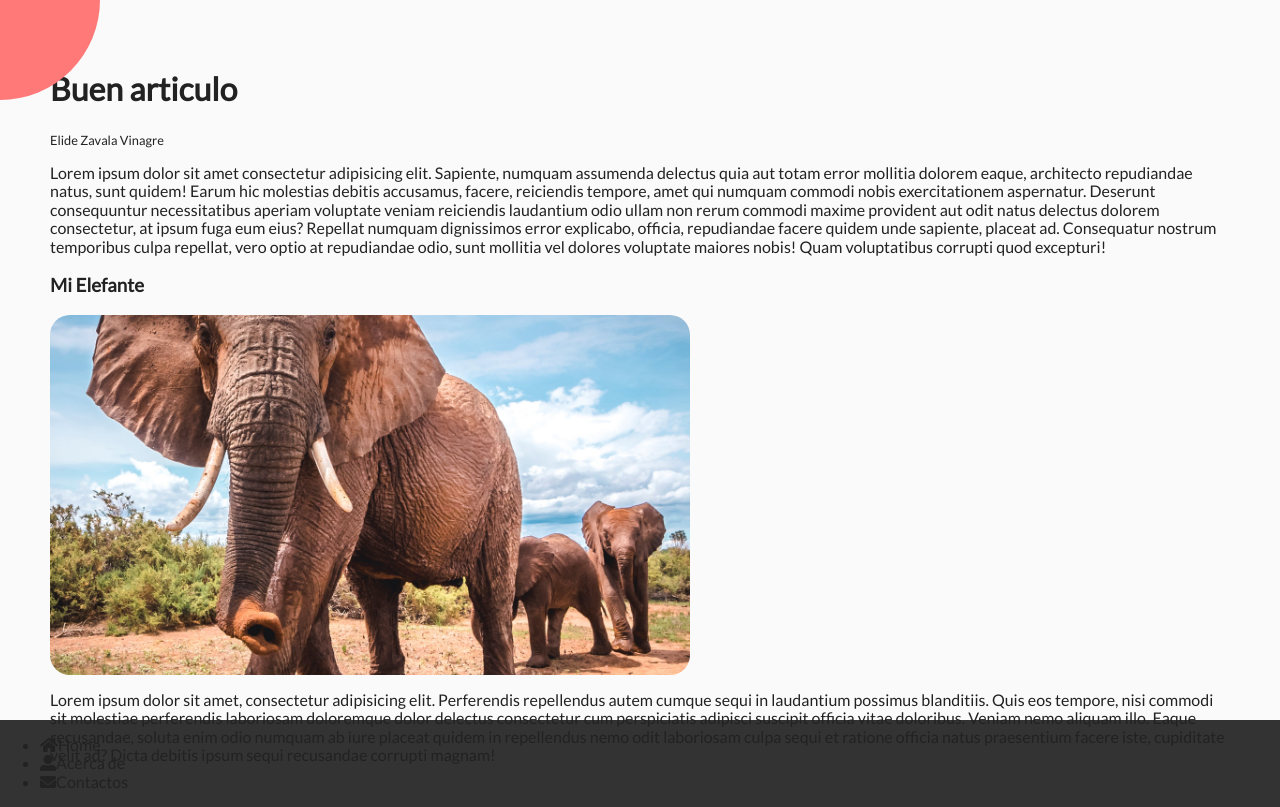
Repository: ElideZavala/Navagacion-en-rotacion
Page: index.html
These files come from the project's save history. The page is drawn as it stood at one moment and after the next save; the edit follows.
The browser window is 1280 px wide. The pictures show the whole page.

Above is the page before, as saved 2021-05-29 09:11:13.

### index.html
<!DOCTYPE html>
<html lang="en">
<head>
	<meta charset="UTF-8">
	<meta http-equiv="X-UA-Compatible" content="IE=edge">
	<meta name="viewport" content="width=device-width, initial-scale=1.0">
	<link rel="stylesheet" href="https://cdnjs.cloudflare.com/ajax/libs/font-awesome/5.15.3/css/all.min.css" integrity="sha512-iBBXm8fW90+nuLcSKlbmrPcLa0OT92xO1BIsZ+ywDWZCvqsWgccV3gFoRBv0z+8dLJgyAHIhR35VZc2oM/gI1w==" crossorigin="anonymous" referrerpolicy="no-referrer" />
	<link rel="stylesheet" href="style.css">
	<link rel="stylesheet" href="normalize.css">
	<title>Navegación Giratoria</title>
</head>
<body>
	<div class="container">
		<div class="circle-container">
			<div class="circle">
				<button id="close">
					<i class="fas fa-times"></i>
				</button>
				<button id="open">
					<i class="fas fa-bars"></i>
				</button>
			</div>
		</div>

		<div class="content">
			<h1 class="title">Buen articulo</h1>
			<small>Elide Zavala Vinagre</small>
			<p>Lorem ipsum dolor sit amet consectetur adipisicing elit. Sapiente, numquam assumenda delectus quia aut totam error mollitia dolorem eaque, architecto repudiandae natus, sunt quidem! Earum hic molestias debitis accusamus, facere, reiciendis tempore, amet qui numquam commodi nobis exercitationem aspernatur. Deserunt consequuntur necessitatibus aperiam voluptate veniam reiciendis laudantium odio ullam non rerum commodi maxime provident aut odit natus delectus dolorem consectetur, at ipsum fuga eum eius? Repellat numquam dignissimos error explicabo, officia, repudiandae facere quidem unde sapiente, placeat ad. Consequatur nostrum temporibus culpa repellat, vero optio at repudiandae odio, sunt mollitia vel dolores voluptate maiores nobis! Quam voluptatibus corrupti quod excepturi!</p>

			<h3 class="title">Mi Elefante</h3>
			<img class="img" src="./Elefante.jpg" alt="Elefante">
			<p>Lorem ipsum dolor sit amet, consectetur adipisicing elit. Perferendis repellendus autem cumque sequi in laudantium possimus blanditiis. Quis eos tempore, nisi commodi sit molestiae perferendis laboriosam doloremque dolor delectus consectetur cum perspiciatis adipisci suscipit officia vitae doloribus. Veniam nemo aliquam illo. Eaque recusandae, soluta enim odio numquam ab iure placeat quidem in repellendus nemo odit laboriosam culpa sequi et ratione officia natus praesentium facere iste, cupiditate velit ad? Dicta debitis ipsum sequi recusandae corrupti magnam!</p>
		</div>
	</div>

	<nav>
		<ul>
			<li><i class="fas fa-home"></i>Home</li>
			<li><i class="fas fa-user-alt"></i>Acerca de</li>
			<li><i class="fas fa-envelope"></i>Contactos</li>
		</ul>
	</nav>



	<script src="./script.js"></script>
</body>
</html>

### style.css
@import url('https://fonts.googleapis.com/css?family=Lato&display=swap');

* {
	box-sizing: border-box;
}

body {
	font-family: 'Lato', sans-serif;
	background-color: #333;
	color: #222;
	overflow: hidden;
	margin: 0;
}

.container {
	background-color: #fafafa;
	transform-origin: top left;
	transition: transform 0.5s linear;
	width: 100vw;
	height: 100vh;
	padding: 50px;
}

.container.show-nav {
	transform: rotate(-20deg);
}

.img{
	width: 50vw;
	height: 50vh;
	display: flex;
	border-radius: 20px;
	object-fit: cover;
}

.circle-container {
	position: fixed;
	top: -100px;
	left: -100px;
}

.circle {
	background-color: #ff7979;
	height: 200px;
	width: 200px;
	border-radius: 50%;
	position: relative;
	transition: transform 0.5s linear
	;
}

Loaded but not shown: normalize.css (library); script.js (no stored copy; drawn as an empty file)

After the next save:
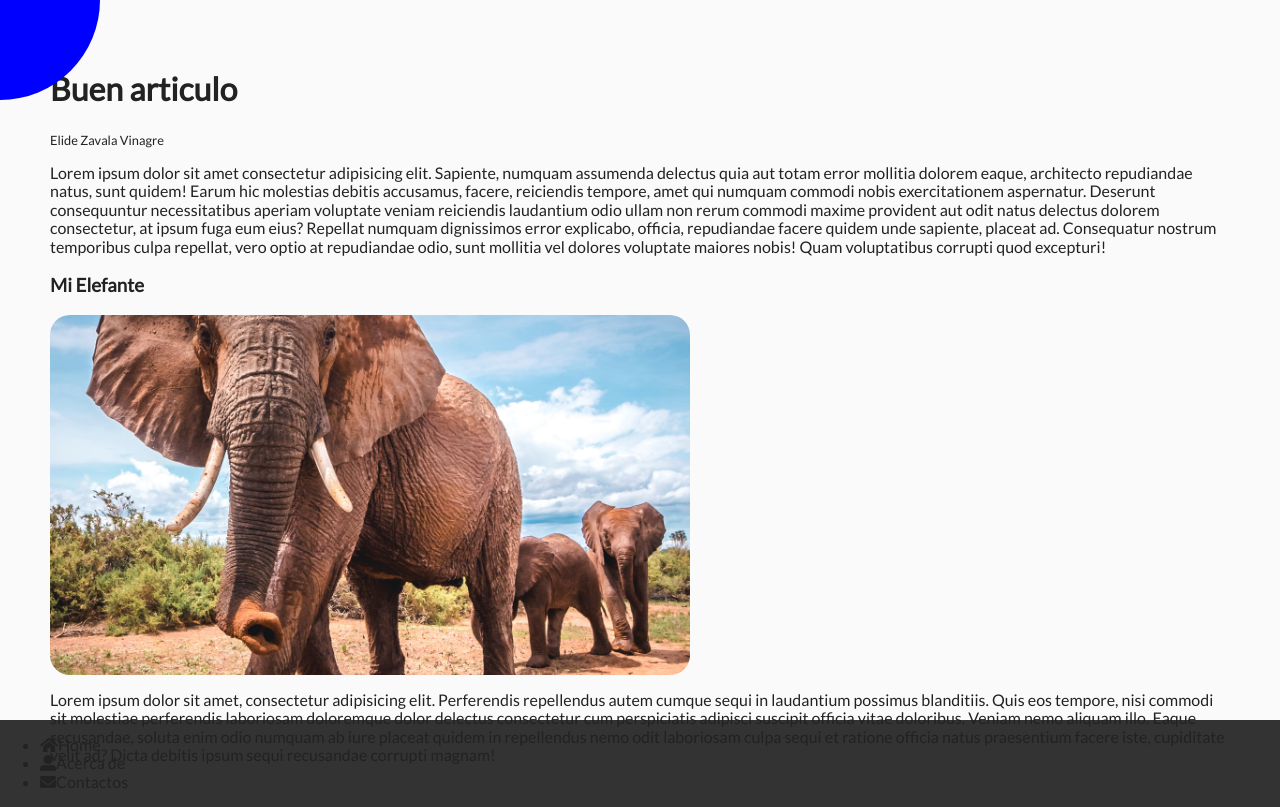
Saved 2 min 7 s later.
--- a/style.css
+++ b/style.css
@@ -40,11 +40,14 @@ body {
 }
 
 .circle {
-	background-color: #ff7979;
+	background-color: blue;
 	height: 200px;
 	width: 200px;
 	border-radius: 50%;
 	position: relative;
-	transition: transform 0.5s linear
-	;
+	transition: transform 0.5s linear;
 }
+
+.circle button {
+
+}
